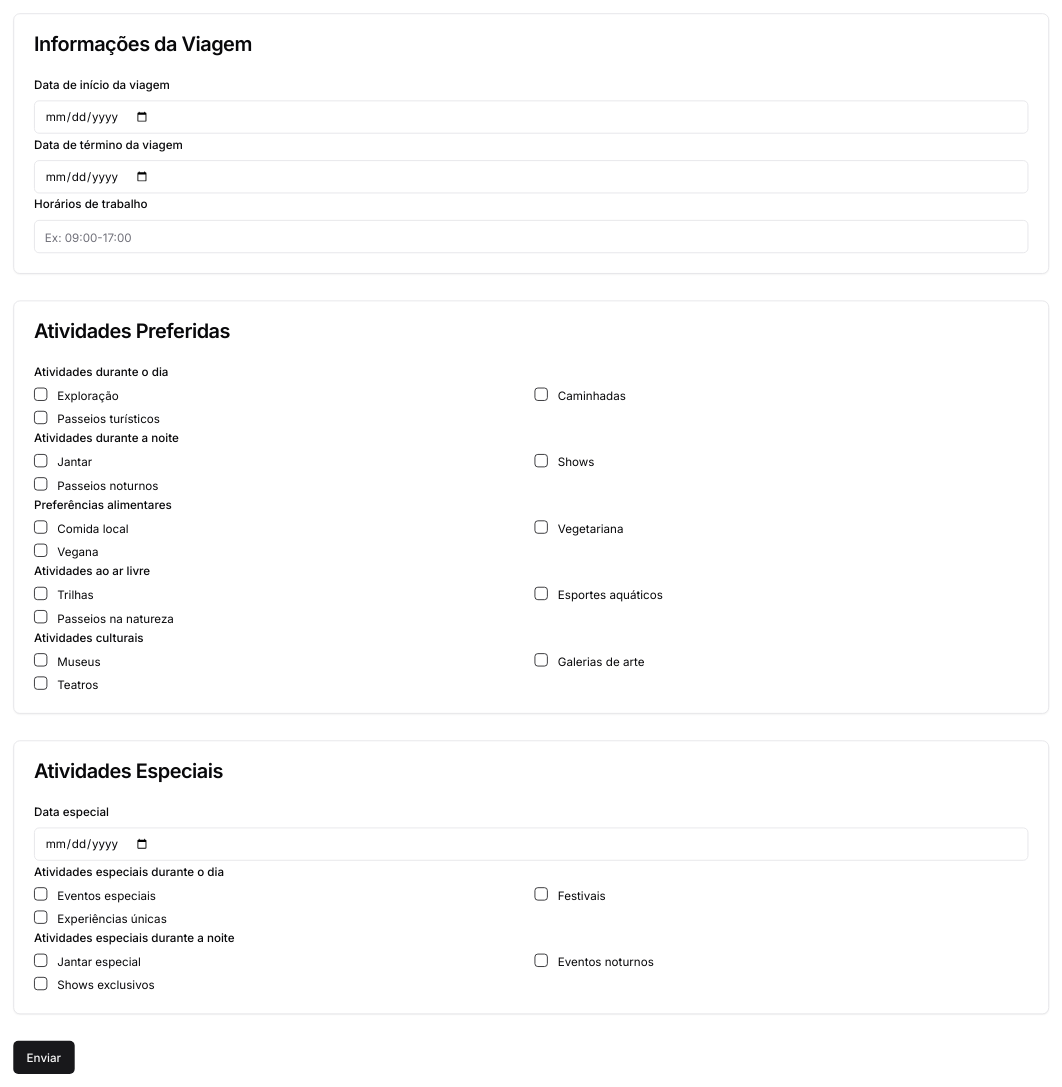
Repository: silvaMatheus/journey-genie
Page: /
These files come from the project's save history. The page is drawn as it stood at one moment and after the next save; the edit follows.
The browser window is 1280 px wide. The pictures show the whole page, at 83% of full size.
The project was rebuilt for these pictures with package versions that can differ from the ones it lists, and the page was loaded fresh each time. The framework's server and built-in components were replaced by stand-ins that run in the browser. Also part of the build but not shown: next.config.mjs.

Above is the page before, as saved 2024-06-27 20:39:21.

After the next save:
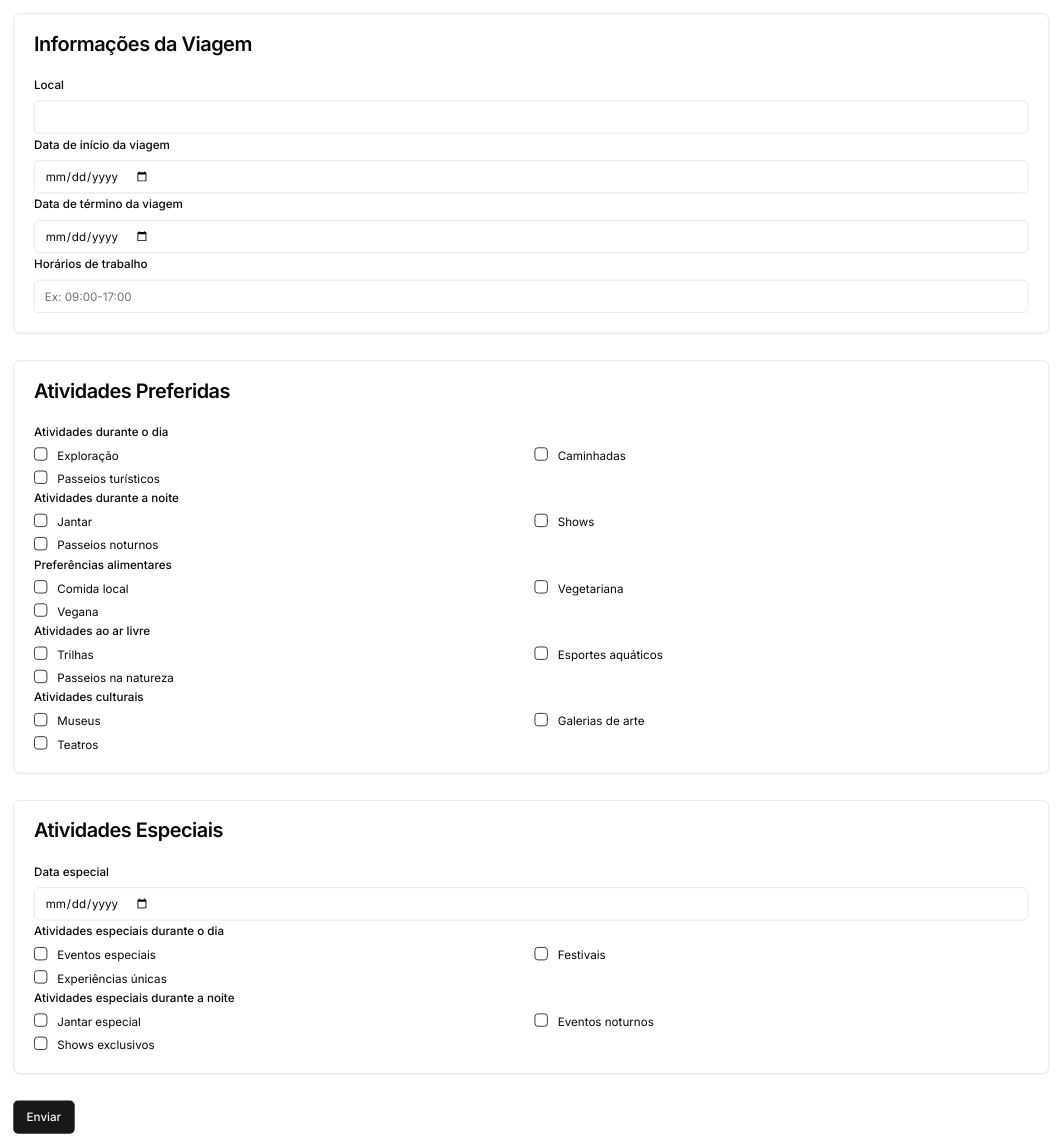
Saved 56 s later.
--- a/src/components/form/index.tsx
+++ b/src/components/form/index.tsx
@@ -92,6 +92,19 @@ export default function FormPage() {
               <CardTitle>Informações da Viagem</CardTitle>
             </CardHeader>
             <CardContent>
+              <FormField
+                control={form.control}
+                name="location"
+                render={({ field }) => (
+                  <FormItem>
+                    <FormLabel htmlFor="location">Local</FormLabel>
+                    <FormControl>
+                      <Input type="text" id="location" {...field} />
+                    </FormControl>
+                    <FormMessage />
+                  </FormItem>
+                )}
+              />
               <FormField
                 control={form.control}
                 name="startDate"
